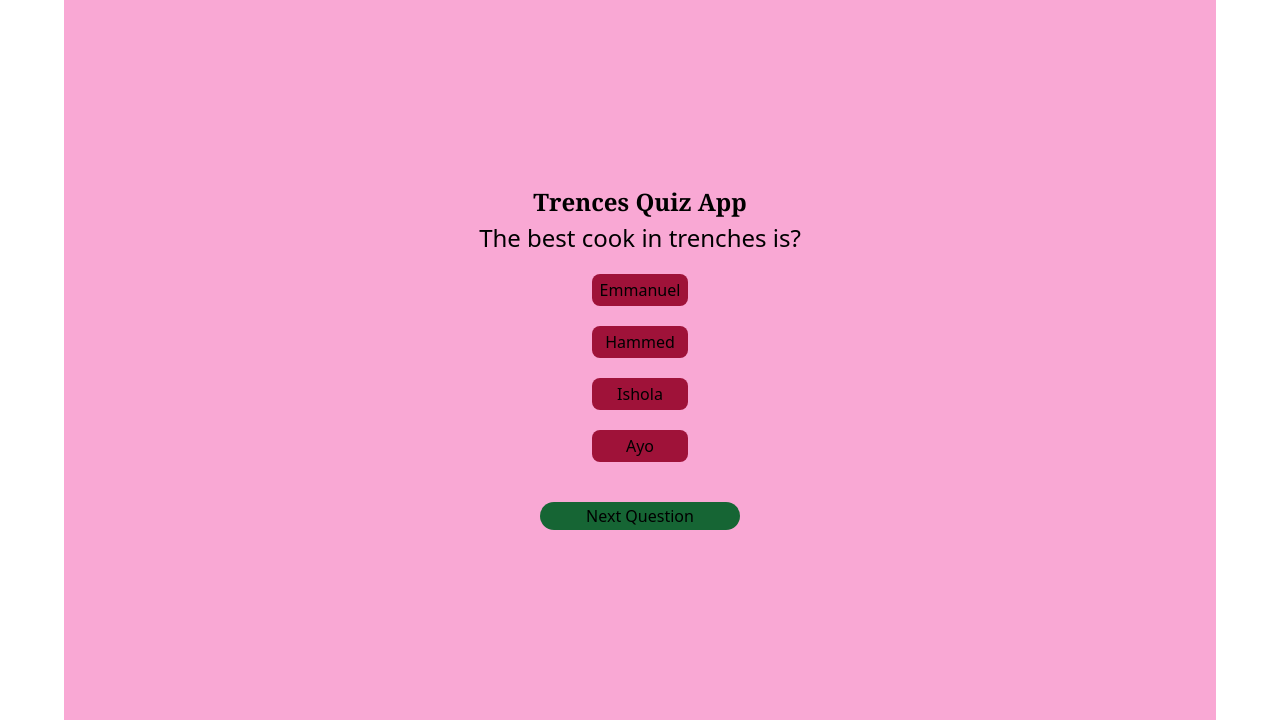
Repository: Semanmernstack/Quiz-react-app
Page: /, after clicking the first element matching `button`
An editor plug-in stored every save of this project. The page is shown before and after the next save, followed by the edit.
The browser window is 1280 px wide. The pictures show the whole page.
The project was rebuilt for these pictures with package versions that can differ from the ones it lists, and the page was loaded fresh each time. Also part of the build but not shown: src/components/End.js.

Above is the page before, as saved 2023-01-30 02:12:16.

### src/index.css
body {
  margin: 0;
}
@tailwind base;
@tailwind components;
@tailwind utilities;

### src/App.js
import { useState } from "react";
import Menu from "./components/Menu";
import Quiz from "./components/Quiz";
import End from "./components/End"
import { QuizContext } from "./Game/Context";
function App() {
  const [game, setGame] = useState("menu")
  const [score, setScore] = useState(0)
  return (
    <div className="text-center items-center justify-center flex  flex-col  max-w-6xl mx-auto h-screen  bg-pink-300 first-letter:">
      <p className="text-2xl font-extrabold font-serif">Trences Quiz App</p>
      <QuizContext.Provider value={{game, setGame, score, setScore}}>
        {game === "menu" && <Menu/>}
        {game === "quiz" && <Quiz/>}
        {game === "End" && <End/>}

      </QuizContext.Provider>

    </div>
  );
}

export default App;

### src/components/Menu.js
import React, { useContext } from 'react'
import { QuizContext } from '../Game/Context'

function Menu() {
    const { setGame} = useContext(QuizContext)
  return (
    <div className="flex">
        <button className="font-bold  text-xl cursor-pointer bg-red-800 text-white animate-pulse p-1 rounded-xl" onClick={() => {setGame("quiz")}} >Start Quiz</button>

    </div>
  )
}

export default Menu

### src/components/Quiz.js
import React, {  useContext, useState } from 'react'
import { QuizContext } from '../Game/Context';

import { Question } from '../Game/Questions';


function Quiz() {
    const {score, setScore, setGame} = useContext(QuizContext)

    const [current, setCurrent] = useState(0);
    const [option, setOption]= useState("")

    const nextQuestion = () => {
      if (Question[current].answer === option) {
        setScore(score + 1)
      }
      alert(score)
      setCurrent(current + 1)
    }
    const finishQuiz = () => {
      if (Question[current].answer === option) {
        setScore(score + 1)
      }
      setGame("End")

    }



  return (
    <div className=" p-1 rounded-xl   ">
        <h1 className="text-2xl">{Question[current].prompt}</h1>
        <div className="flex mt-5  cursor-pointer flex-col gap-5 items-center text-center">
            <button onClick={() => setOption("A")} className="w-24 bg-rose-800 p-1 rounded-lg hover:bg-red-500">{Question[current].optionA}</button>
            <button  onClick={() => setOption("B") } className="w-24 bg-rose-800 p-1 rounded-lg hover:bg-red-500">{Question[current].optionB}</button>
            <button onClick={() => setOption("C")} className="w-24 bg-rose-800 p-1 rounded-lg hover:bg-red-500">{Question[current].optionC}</button>
            <button onClick={() => setOption("D")} className="w-24 bg-rose-800 p-1 rounded-lg hover:bg-red-500">{Question[current].optionD}</button>
        </div>
        <div>
          {current === Question.length - 1 ? (
            <button onClick={finishQuiz}>Finished</button>
          ):(
            <button className="w-[200px] h-7 mt-10 rounded-full bg-green-800" onClick={nextQuestion} >Next Question</button>
          )}

        </div>

    </div>
  )
}

export default Quiz

### src/Game/Context.js
import { createContext } from "react";

export const QuizContext = createContext()

### src/Game/Questions.js
export  const Question = [
    {
        prompt: "The best cook in trenches is?",
        optionA: "Emmanuel",
        optionB: "Hammed",
        optionC: "Ishola",
        optionD: "Ayo",
        answer: "D",
    },
    {
        prompt: "Who is the sapa giver in trenches?",
        optionA: "Abigeal",
        optionB: "Idilabi",
        optionC: "Ebu",
        optionD: "Ajoke",
        answer: "C",
    },
    {
        prompt: "Name he person that enter school and ran back home?",
        optionA: "Davido",
        optionB: "Eniola",
        optionC: "Gift",
        optionD: "Okiki",
        answer: "B",
    },
    {
        prompt: "who is the best Osu?",
        optionA: "Cory",
        optionB: "Joe",
        optionC: "Harmon",
        optionD: "Bob",
        answer: "A",
    },
    {
        prompt: "The most serious in Trenches?",
        optionA: "Malik",
        optionB: "Hammed",
        optionC: "Ishola",
        optionD: "Ayo",
        answer: "A",
    },
    {
        prompt: "Who is trenches table tennis best player?",
        optionA: "Baddo",
        optionB: "Daddy Pems",
        optionC: "BJ",
        optionD: "Sule",
        answer: "B",
    },
    {
        prompt: "Babaoja of trenches is?",
        optionA: "Baddo",
        optionB: "daddy Dami",
        optionC: "Igwe",
        optionD: "Baba Gift",
        answer: "A",
    },
    {
        prompt: "The name of trenches street is?",
        optionA: "Portable str",
        optionB: "Alagomeji str",
        optionC: "Tijani str",
        optionD: "Adekunle Olaiya",
        answer: "D",
    },
    {
        prompt: "Highest Iphone own in trenches right now?",
        optionA: "xr",
        optionB: "7",
        optionC: "11 ",
        optionD: "11 pro",
        answer: "A",
    },
    {
        prompt: "The best song/album in trenches at the moment?",
        optionA: "Ruger",
        optionB: "Portable",
        optionC: "Seyi Vibes ",
        optionD: "Zinolisky",
        answer: "C",
    },
]

Loaded but not shown: public/index.html (common file); src/index.js (common file); src/reportWebVitals.js (common file); tailwind.config.js (common file)

After the next save:
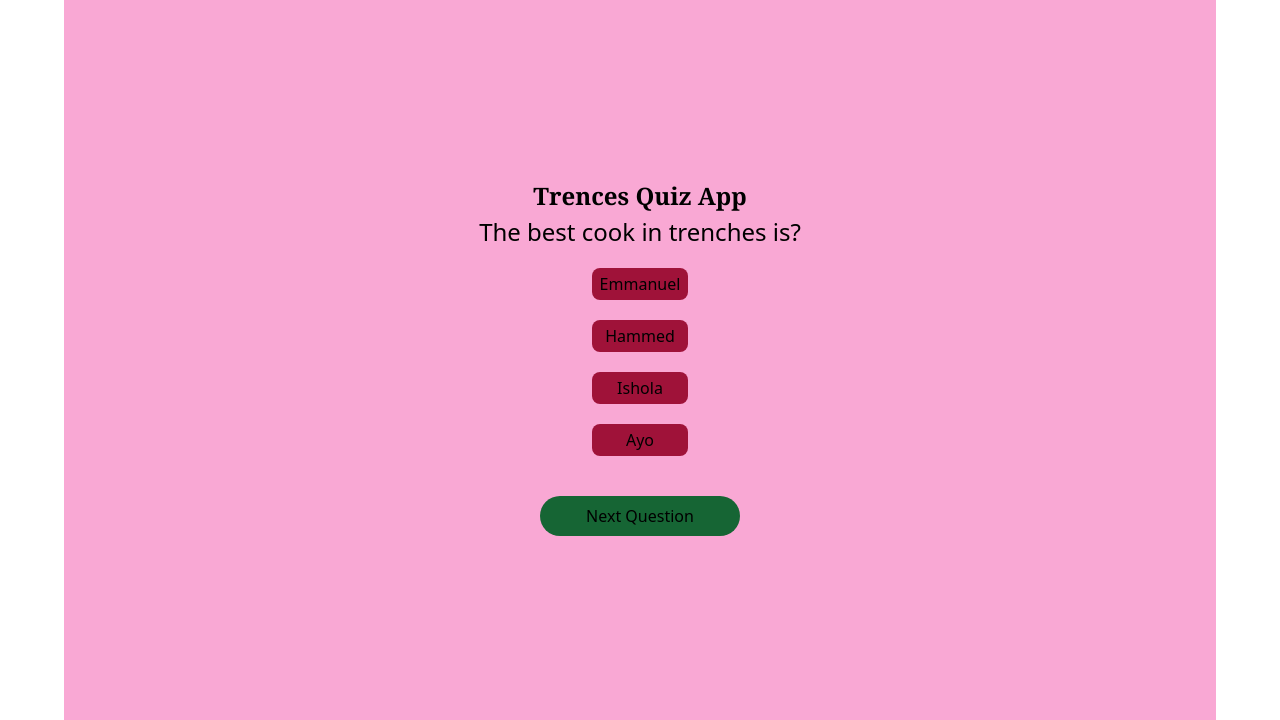
Saved 10 s later.
--- a/src/components/Quiz.js
+++ b/src/components/Quiz.js
@@ -40,7 +40,7 @@ function Quiz() {
           {current === Question.length - 1 ? (
             <button onClick={finishQuiz}>Finished</button>
           ):(
-            <button className="w-[200px] h-7 mt-10 rounded-full bg-green-800" onClick={nextQuestion} >Next Question</button>
+            <button className="w-[200px] h-10 mt-10 rounded-full bg-green-800" onClick={nextQuestion} >Next Question</button>
           )}
 
         </div>
